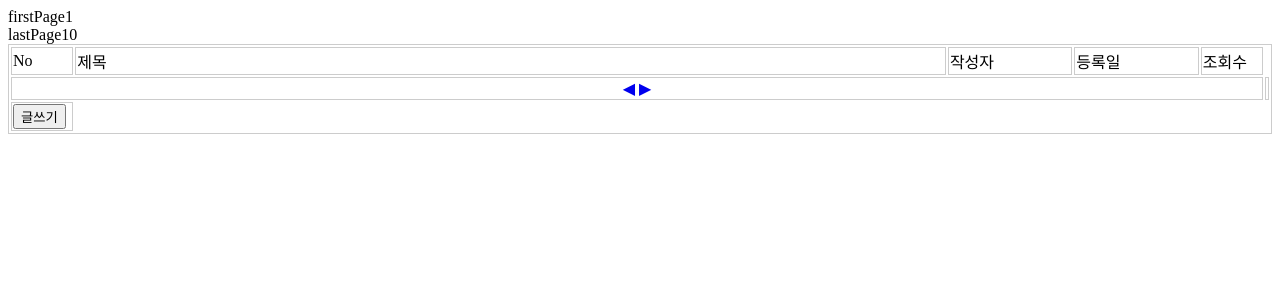
Repository: SyngyeonTak/javaee_workspace
Page: http://localhost/BoardApp/news/list.jsp
These files come from the project's save history. The page is drawn as it stood at one moment and after the next save; the edit follows.
The browser window is 1280 px wide. The pictures show the whole page.
The page is served by Tomcat 9. Other server files are loaded and not shown. Queries for data that is not in the repository find no rows.

Above is the page before, as saved 2020-12-09 02:04:56.

### BoardApp/WebContent/news/list.jsp
<%@page import="board.model.News"%>
<%@page import="java.util.List"%>
<%@page import="board.model.NewsDAO"%>
<%@ page contentType="text/html;charset=utf-8"%>
<%
	request.setCharacterEncoding("utf-8");
	NewsDAO dao = new NewsDAO();

	List<News> list = dao.selectAll();

	int totalRecord = list.size();
	int pageSize = 10;
	int currentPage = 1;
	if(request.getParameter("currentPage")!=null){
		currentPage = Integer.parseInt(request.getParameter("currentPage"));
	}

	int totalPage = (int)Math.ceil((float)totalRecord/pageSize);

	int blockSize = 10;
	int firstPage = currentPage - (currentPage-1)%blockSize;
	int lastPage = firstPage+ (blockSize-1);
	int curPos = (currentPage-1)*pageSize;
	int num = totalRecord - curPos;


	out.print("firstPage"+firstPage+"<br>");
	out.print("lastPage"+lastPage+"<br>");
%>
<!DOCTYPE html>
<html>
<head>
<meta charset="utf-8">
<title>Insert title here</title>
<style>

table{
	width: 100%;
	border: 1px solid #cccccc;
}
td{
	border: 1px solid #cccccc;
}
a{
 	text-decoration : none;
}
.pageNum{
	font-size:20px;
	color: bluc;
	font-weight: bold;
}
</style>
<script>
	function showColor(obj){
		obj.style.background = "dodgerblue";
	}


	function hideColor(obj){
		obj.style.background = "";

	}

</script>
</head>
<body>
	<table>
		<tr>
			<td width = "5%">No</td>
			<td width = "70%">제목</td>
			<td width = "10%">작성자</td>
			<td width = "10%">등록일</td>
			<td width = "5%">조회수</td>
		</tr>
		<%for(int i = 1; i<=pageSize; i++){ %>
			<%if(num < 1) break; %>

			<%News news = list.get(curPos++); %>
			<tr  onMouseOver = "showColor(this)" onMouseOut = "hideColor(this)">
				<td><%=num-- %></td>
				<td><%=news.getTitle() %></td>
				<td><%=news.getWriter() %></td>
				<td><%=news.getRegdate().substring(0, 10) %></td>
				<td><%=news.getHit() %></td>
			</tr>
		<%} %>
		<tr>

			<td colspan = "5" style = "text-align:center;">

				<%if(firstPage >1){ %>
					<a href = "list.jsp?currentPage=<%=firstPage-1 %>">◀</a>
				<%}else{ %>
					<a href = "javascript:alert('처음페이지 입니다.')">◀</a>
				<%} %>

				<%for(int i=firstPage; i<=lastPage; i++){ %>
					<%if(i > totalPage) break; %>
					<a href = "list.jsp?currentPage=<%=i %>" <%if(currentPage == i){ %> class = "pageNum" <%} %>>[<%=i %>]</a>
				<%} %>

				<%if(lastPage <= totalPage){ %>
					<a href = "list.jsp?currentPage=<%=lastPage+1 %>">▶</a>
				<%}else{ %>
					<a href = "javascript:alert('마지막 페이지 입니다.')">▶</a>
				<%} %>

			<td>
		</tr>
		<tr>
			<td>
				<button>글쓰기</button>
			</td>
		</tr>
	</table>
</body>
</html>

### BoardApp/src/board/model/NewsDAO.java
package board.model;

import java.sql.Connection;
import java.sql.PreparedStatement;
import java.sql.ResultSet;
import java.sql.SQLException;
import java.util.ArrayList;
import java.util.List;

import javax.naming.ldap.PagedResultsControl;

import db.DBManager;

public class NewsDAO {
	DBManager dbManager = new DBManager();

	public int insert(News news) {
		Connection con = dbManager.getConnection();
		PreparedStatement pstmt = null;
		int result = 0;

		String sql = "insert into news(title, writer, content) values(?, ? ,?)";
		try {
			pstmt = con.prepareStatement(sql);
			pstmt.setString(1, news.getTitle());
			pstmt.setString(2, news.getWriter());
			pstmt.setString(3, news.getContent());

			result = pstmt.executeUpdate();


		} catch (SQLException e) {
			e.printStackTrace();
		}finally {
			dbManager.release(con, pstmt);
		}

		return result;
	}
	public News select(int news_id) {
		Connection con = dbManager.getConnection();
		PreparedStatement pstmt = null;
		ResultSet rs = null;
		News news = null;

		try {
			con.setAutoCommit(false);
			String sql = "select * from news where news_id = ?";
			pstmt = con.prepareStatement(sql);
			pstmt.setInt(1, news_id);
			rs= pstmt.executeQuery();

			if(rs.next()) {
				news = new News();
				news.setNews_id(rs.getInt("news_id"));
				news.setTitle(rs.getString("title"));
				news.setWriter(rs.getString("writer"));
				news.setContent(rs.getString("content"));
				news.setRegdate(rs.getString("regdate"));
				news.setHit(rs.getInt("hit"));

			}

			sql = "update news set hit = hit+1 where news_id = ?";
			pstmt = con.prepareStatement(sql);
			pstmt.setInt(1, news_id);
			con.commit();
		} catch (SQLException e) {
			e.printStackTrace();
			try {
				con.rollback();
			} catch (SQLException e1) {
				e1.printStackTrace();
			}
		}finally {
			dbManager.release(con, pstmt, rs);
			try {
				con.setAutoCommit(true);
			} catch (SQLException e) {
				e.printStackTrace();
			}
		}

		return news;
	}

	public List selectAll() {
		Connection con=null;
		PreparedStatement pstmt=null;
		ResultSet rs=null;
		ArrayList list = new ArrayList();

		con=dbManager.getConnection();
		StringBuilder sb = new StringBuilder();
		sb.append("select  n.news_id as news_id, writer, title , regdate, hit,count(comments_id) as cnt");
		sb.append(" from news n left outer join comments c ");
		sb.append(" on n.news_id = c.news_id");
		sb.append(" group by n.news_id,writer, title , regdate, hit order by n.news_id desc");

		try {
			pstmt=con.prepareStatement(sb.toString());
			rs=pstmt.executeQuery();
			while(rs.next()) {
				News news = new News();
				news.setNews_id(rs.getInt("news_id"));
				news.setWriter(rs.getString("writer"));
				news.setTitle(rs.getString("title"));
				news.setRegdate(rs.getString("regdate"));
				news.setHit(rs.getInt("hit"));
				news.setCnt(rs.getInt("cnt"));

				list.add(news);
			}
		} catch (SQLException e) {
			e.printStackTrace();
		}finally {
			dbManager.release(con, pstmt, rs);
		}
		return list;
	}
	public int update(News news) {
		Connection con = dbManager.getConnection();
		PreparedStatement pstmt = null;
		int result = 0;

		String sql = "update news set title = ?, writer = ?, content = ? where news_id = ?";
		try {
			pstmt = con.prepareStatement(sql);
			pstmt.setString(1, news.getTitle());
			pstmt.setString(2, news.getWriter());
			pstmt.setString(3, news.getContent());
			pstmt.setInt(4, news.getNews_id());

			result = pstmt.executeUpdate();

		} catch (SQLException e) {
			// TODO Auto-generated catch block
			e.printStackTrace();
		}finally {
			dbManager.release(con, pstmt);
		}
		return result;
	}
	public int delete(int news_id) {
		Connection con = dbManager.getConnection();
		PreparedStatement pstmt = null;

		int result = 0;

		String sql = "delete from news where news_id = ?";

		try {
			pstmt = con.prepareStatement(sql);
			pstmt.setInt(1, news_id);

			result = pstmt.executeUpdate();

		} catch (SQLException e) {
			// TODO Auto-generated catch block
			e.printStackTrace();
		}finally{
			dbManager.release(con, pstmt);
		}

		return result;
	}

	//게시물 지우지 않고, 삭제된 게시물이라는 표시 처리
	public int replace(int news_id) {
		Connection con = dbManager.getConnection();
		PreparedStatement pstmt =null;

		int result = 0;
		String sql = "update news set title = '작성자에 의해 원글이 삭제된 게시물입니다.', writer = '' where news_id = ?";

		try {
			pstmt = con.prepareStatement(sql);
			pstmt.setInt(1, news_id);
			result = pstmt.executeUpdate();

		} catch (SQLException e) {
			e.printStackTrace();
		}finally {
			dbManager.release(con, pstmt);
		}

		return result;
	}

}

### BoardApp/src/db/DBManager.java
/*
데이터베이스 접속 및 해제와 관련된 코드가 너무나 중복되므로, 공통의 로직으로 분리시켜
재사용하기 위함!!!
*/
package db;
import java.sql.DriverManager;
import java.sql.Connection;
import java.sql.PreparedStatement;
import java.sql.ResultSet;
import java.sql.SQLException;

public class DBManager {
	String driver="org.mariadb.jdbc.Driver";
	String url="jdbc:mariadb://localhost:3306/db1202";
	String user="root";
	String password="1234";

	//접속객체 얻기
	public Connection getConnection(){
		Connection con=null;//return 시키기 위해..
		try{
			Class.forName(driver); //드라이버 로드!!
			System.out.println("드라이버 로드 성공");
			//접속시도
			con=DriverManager.getConnection(url, user, password);
		}catch(ClassNotFoundException e){
			e.printStackTrace();
			System.out.println("드라이버를 로드할수 없네요");
		}catch(SQLException e){
			e.printStackTrace();
		}
		return con;
	}

	//자원해제
	public void release(Connection con){//쿼리문 수행 안햇을때..
		if(con!=null){
			try{
				con.close();
			}catch(SQLException e){
			}
		}
	}

	public void release(Connection con, PreparedStatement pstmt){ //DML용
		if(pstmt!=null){
			try{
				pstmt.close();
			}catch(SQLException e){
			}
		}
		if(con!=null){
			try{
				con.close();
			}catch(SQLException e){
			}
		}

	}
	public void release(Connection con, PreparedStatement pstmt,ResultSet rs){//select용
		if(rs!=null){
			try{
				rs.close();
			}catch(SQLException e){
			}
		}
		if(pstmt!=null){
			try{
				pstmt.close();
			}catch(SQLException e){
			}
		}
		if(con!=null){
			try{
				con.close();
			}catch(SQLException e){
			}
		}

	}
}

After the next save:
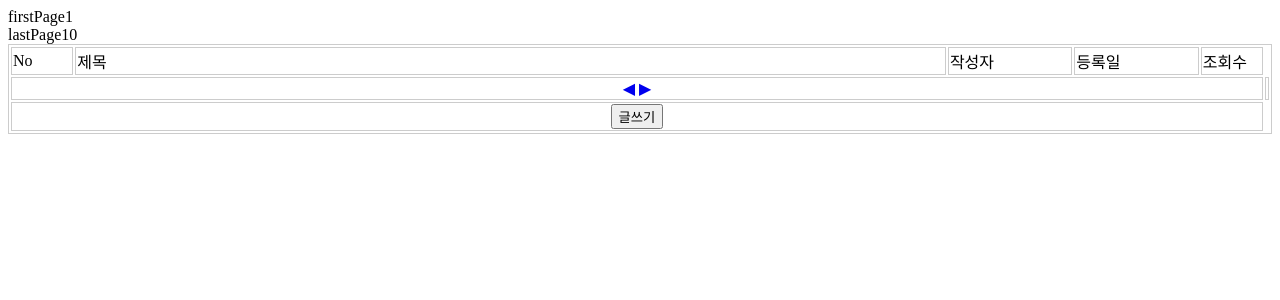
Saved 15 s later.
--- a/BoardApp/WebContent/news/list.jsp
+++ b/BoardApp/WebContent/news/list.jsp
@@ -108,7 +108,7 @@ a{
 			<td>
 		</tr>
 		<tr>
-			<td>
+			<td colspan="5" style = "text-align: center;">
 				<button>글쓰기</button>
 			</td>
 		</tr>
